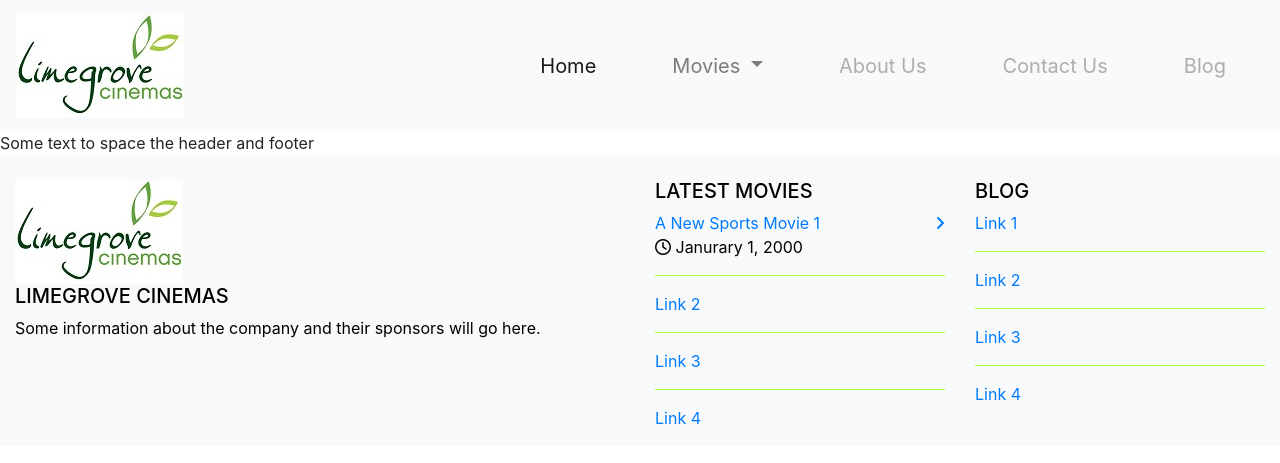
Repository: SimplyZacc/movie-web-template
Page: http://localhost/
The author's editor kept a copy of each file at every save. The page is drawn from the files as they stood at one save, then again after the next save.
The browser window is 1280 px wide. The pictures show the whole page.
Some web libraries are served in a nearby version. The page is run by PHP 8.4 with error messages shown; the project is at /var/www/html/.

Above is the page before, as saved 2020-03-28 11:17:32.

After the next save:
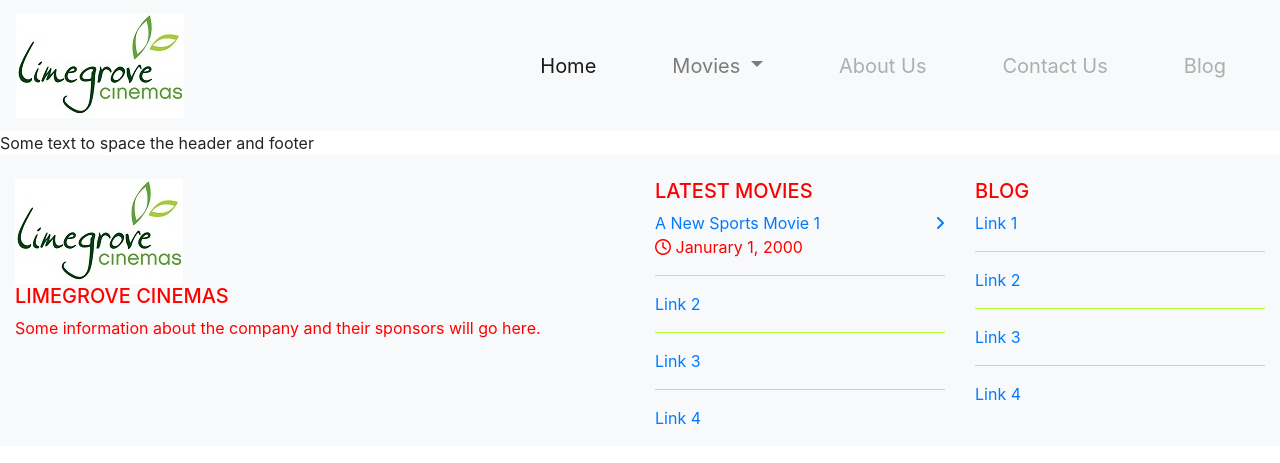
Saved 18 s later.
--- a/templates/footer.php
+++ b/templates/footer.php
@@ -1,4 +1,4 @@
-<footer class="page-footer font-small blue pt-4 bg-light" style="color: black">
+<footer class="page-footer font-small blue pt-4 bg-light footer-link">
 
     <div class="container-fluid text-center text-md-left">
 
